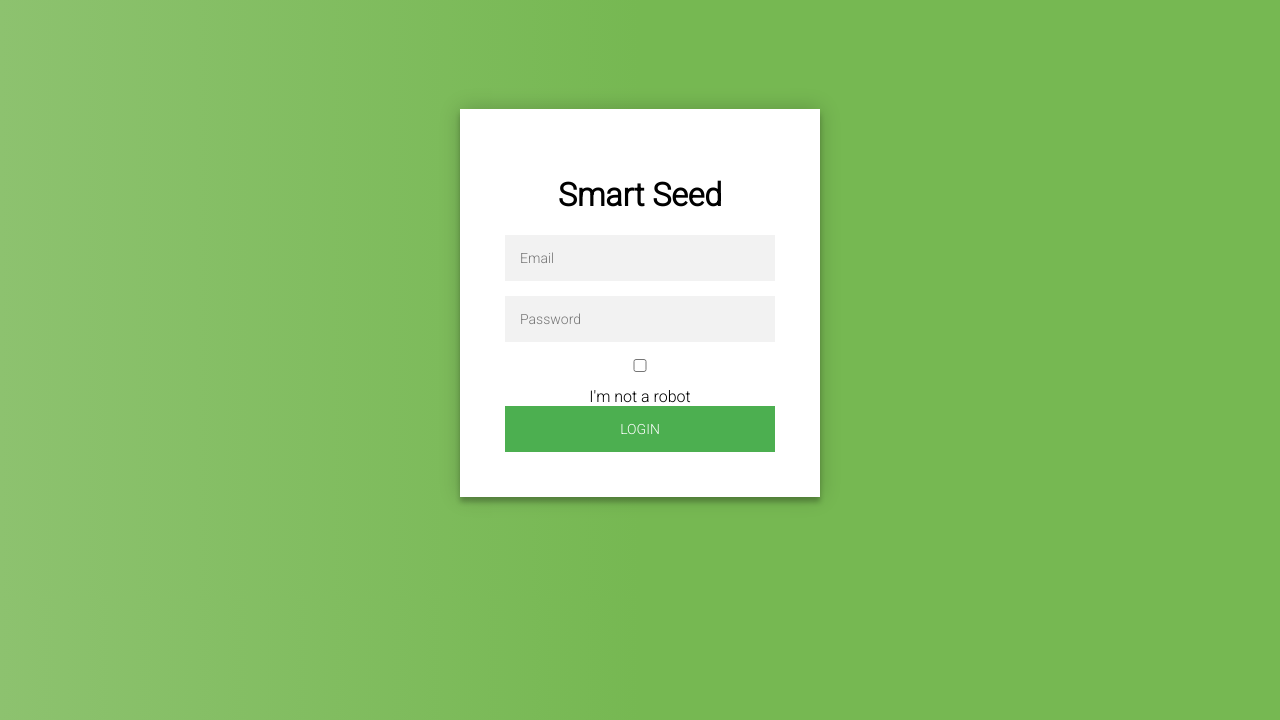
Repository: IFoundGeorge/Smart-Seed-v8-master
Page: src/login.html
An editor plug-in stored every save of this project. The page is shown before and after the next save, followed by the edit.
The browser window is 1280 px wide. The pictures show the whole page.

Above is the page before, as saved 2025-03-17 23:39:48.

After the next save:
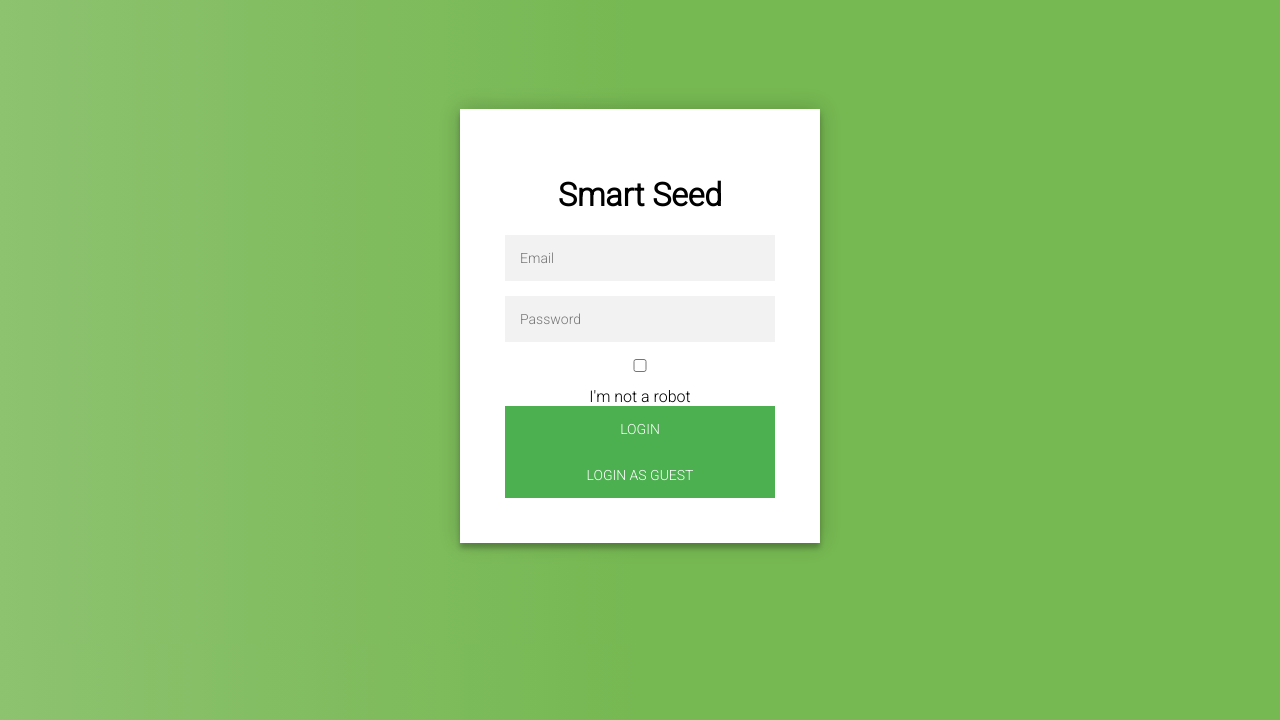
Saved 2 min 35 s later.
--- a/src/login.html
+++ b/src/login.html
@@ -1,41 +1,63 @@
 <!DOCTYPE html>
 <html lang="en">
-<head>
-    <meta charset="UTF-8">
-    <meta name="viewport" content="width=device-width, initial-scale=1.0">
+  <head>
+    <meta charset="UTF-8" />
+    <meta name="viewport" content="width=device-width, initial-scale=1.0" />
     <title>Login Form with Custom CAPTCHA</title>
-    <link rel="stylesheet" href="../css/login.css">
+    <link rel="stylesheet" href="../css/login.css" />
     <script src="https://cdnjs.cloudflare.com/ajax/libs/js-sha1/0.7.0/sha1.min.js"></script>
-</head>
-<body>
+  </head>
+  <body>
     <div class="login-page">
-        <div class="form">
-            <h1 class="title">Smart Seed</h1>
-            <form class="login-form" onsubmit="loginUser(event)">
-                <input type="email" id="login-email" placeholder="Email" required/>
-                <input type="password" id="login-password" placeholder="Password" required/>
+      <div class="form">
+        <h1 class="title">Smart Seed</h1>
+        <form class="login-form" onsubmit="loginUser(event)">
+          <input type="email" id="login-email" placeholder="Email" required />
+          <input
+            type="password"
+            id="login-password"
+            placeholder="Password"
+            required
+          />
 
-                <!-- CAPTCHA Section -->
-                <div class="captcha-section">
-                    <input type="checkbox" id="captcha-checkbox" onclick="showCaptchaModal()">
-                    <label for="captcha-checkbox">I'm not a robot</label>
-                </div>
+          <!-- CAPTCHA Section -->
+          <div class="captcha-section">
+            <input
+              type="checkbox"
+              id="captcha-checkbox"
+              onclick="showCaptchaModal()"
+            />
+            <label for="captcha-checkbox">I'm not a robot</label>
+          </div>
 
-                <button type="submit" id="login-button" disabled>Login</button>
-            </form>
-        </div>
+          <button type="submit" id="login-button" disabled>Login</button>
+        </form>
+
+        <!-- Login as Guest Button -->
+        <button onclick="loginAsGuest()" class="guest-button">
+          Login as Guest
+        </button>
+      </div>
     </div>
 
     <!-- CAPTCHA Modal -->
     <div id="captcha-modal" class="modal">
-        <div class="modal-content">
-            <span class="close" onclick="closeCaptchaModal()">&times;</span>
-            <p id="math-problem"></p>
-            <input type="text" id="captcha-answer" placeholder="Your answer">
-            <button onclick="verifyCaptcha()">Submit</button>
-        </div>
+      <div class="modal-content">
+        <span class="close" onclick="closeCaptchaModal()">&times;</span>
+        <p id="math-problem"></p>
+        <input type="text" id="captcha-answer" placeholder="Your answer" />
+        <button onclick="verifyCaptcha()">Submit</button>
+      </div>
     </div>
 
-    <script src="../js/login.js"></script>
-</body>
+    <script src="../../js/login.js"></script>
+
+    <script>
+      function loginAsGuest() {
+        alert("Logged in as Guest!");
+        // You can redirect the guest to a specific page:
+        // window.location.href = "guest-dashboard.html";
+      }
+    </script>
+  </body>
 </html>
